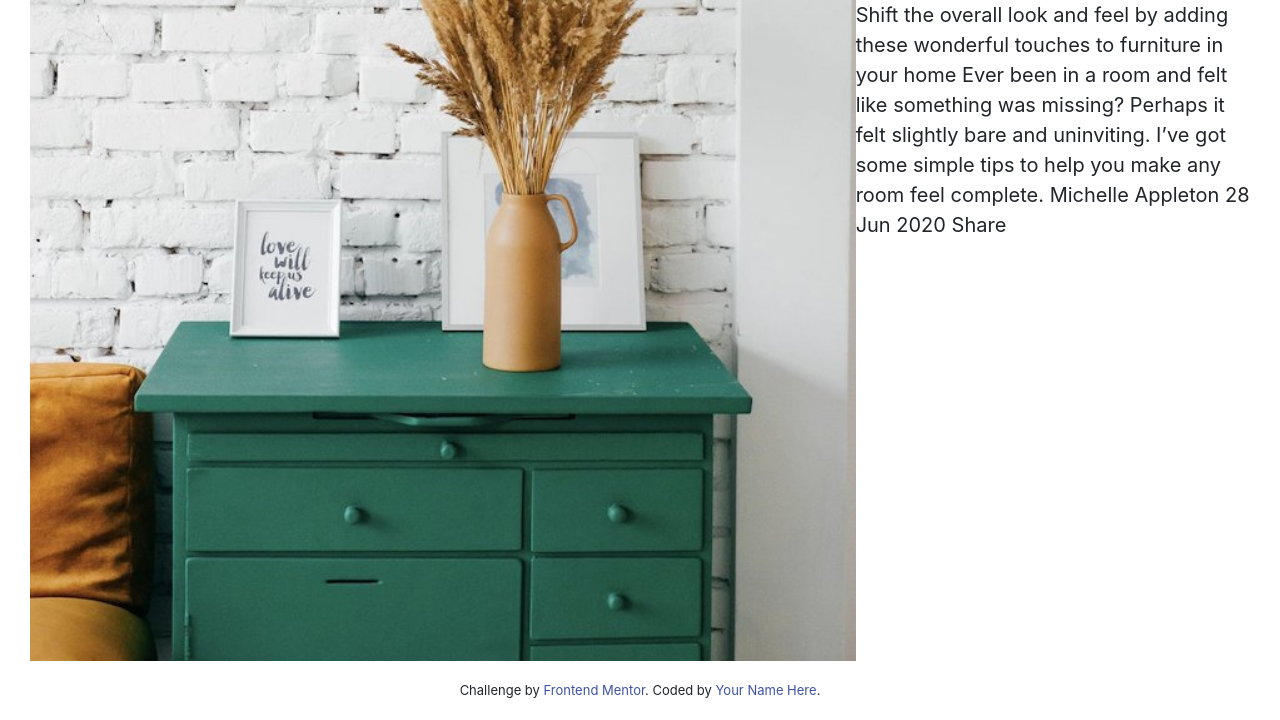
Repository: timiodulate/Article-Preview-Component
Page: index.html
An editor plug-in stored every save of this project. The page is shown before and after the next save, followed by the edit.
The browser window is 1280 px wide. The pictures show the whole page.

Above is the page before, as saved 2020-07-11 11:11:19.

After the next save:
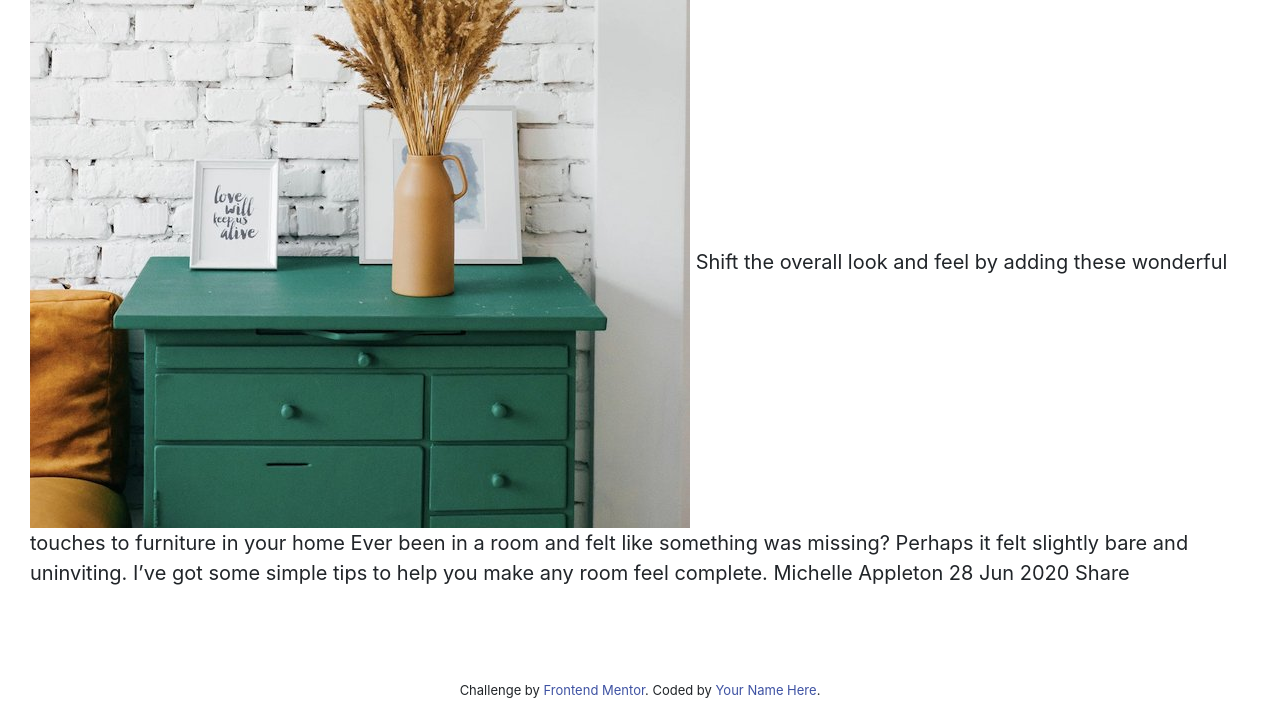
Saved 10 s later.
--- a/index.html
+++ b/index.html
@@ -16,7 +16,7 @@
 </head>
 <body>
   <div class="container col d-flex flex-column justify-content-between">
-    <div class="cardContainer col d-flex">
+    <div class="cardContainer col d-flex-column">
 
       <img src="./images/drawers.jpg" alt="">
       Shift the overall look and feel by adding these wonderful
